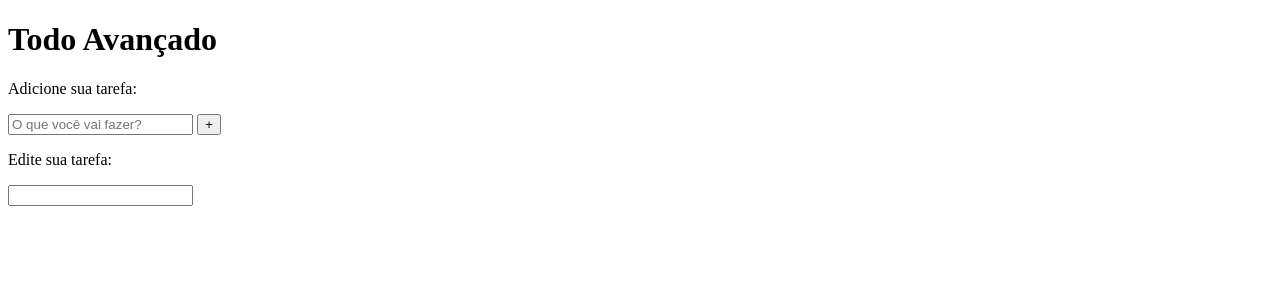
Repository: Guillermomarcon/ProjetoToDo
Page: index.html
The author's editor kept a copy of each file at every save. The page is drawn from the files as they stood at one save, then again after the next save.
The browser window is 1280 px wide. The pictures show the whole page.
Some web libraries are served in a nearby version.

Above is the page before, as saved 2022-08-27 16:44:16.

### index.html
<!DOCTYPE html>
<html lang="pt-br">
<head>
    <meta charset="UTF-8">
    <meta http-equiv="X-UA-Compatible" content="IE=edge">
    <meta name="viewport" content="width=device-width, initial-scale=1.0">
    <title>Todo Avançado</title>
    <!--css do projeto-->
    <link rel="stylesheet" href="estilos/style.css">
    <!--Biblioteca de font vamos usar a Font Awesome  font awesome cdnjs
    encontrado nesse link
    https://cdnjs.com/libraries/font-awesome   -->
    <link rel="stylesheet" href="https://cdnjs.cloudflare.com/ajax/libs/font-awesome/6.1.2/css/all.min.css" integrity="sha512-1sCRPdkRXhBV2PBLUdRb4tMg1w2YPf37qatUFeS7zlBy7jJI8Lf4VHwWfZZfpXtYSLy85pkm9GaYVYMfw5BC1A==" crossorigin="anonymous" referrerpolicy="no-referrer" />
    <!--Js do projeto-->
    <script src="js/javascript.js" defer></script>
</head>
<body>
    <div class="todo-container">
        <header>
            <h1>Todo Avançado</h1>
        </header>
        <form  id="todo-form">
            <p>Adicione sua tarefa:</p>
            <div class="form-control">
                <input type="text" name="input-text" id="todo-input" placeholder="O que você vai fazer?">
                <button type="submit">
                    <i class="fa-thin fa-plus"></i>
                </button>

            </div>
        </form>
        <form id="edit-form">
            <p>Edite sua tarefa:</p>
            <input type="text"  id="edit-input">
        </form>


    </div>


</body>
</html>

### estilos/style.css
@charset "UTF-8"

Loaded but not shown: js/javascript.js (no stored copy; drawn as an empty file)

After the next save:
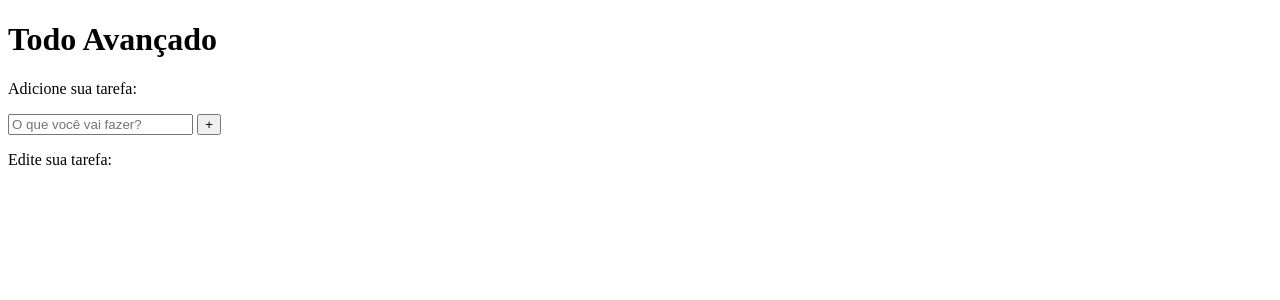
Saved 30 s later.
--- a/index.html
+++ b/index.html
@@ -31,7 +31,7 @@
         </form>
         <form id="edit-form">
             <p>Edite sua tarefa:</p>
-            <input type="text"  id="edit-input">
+
         </form>
 
 
